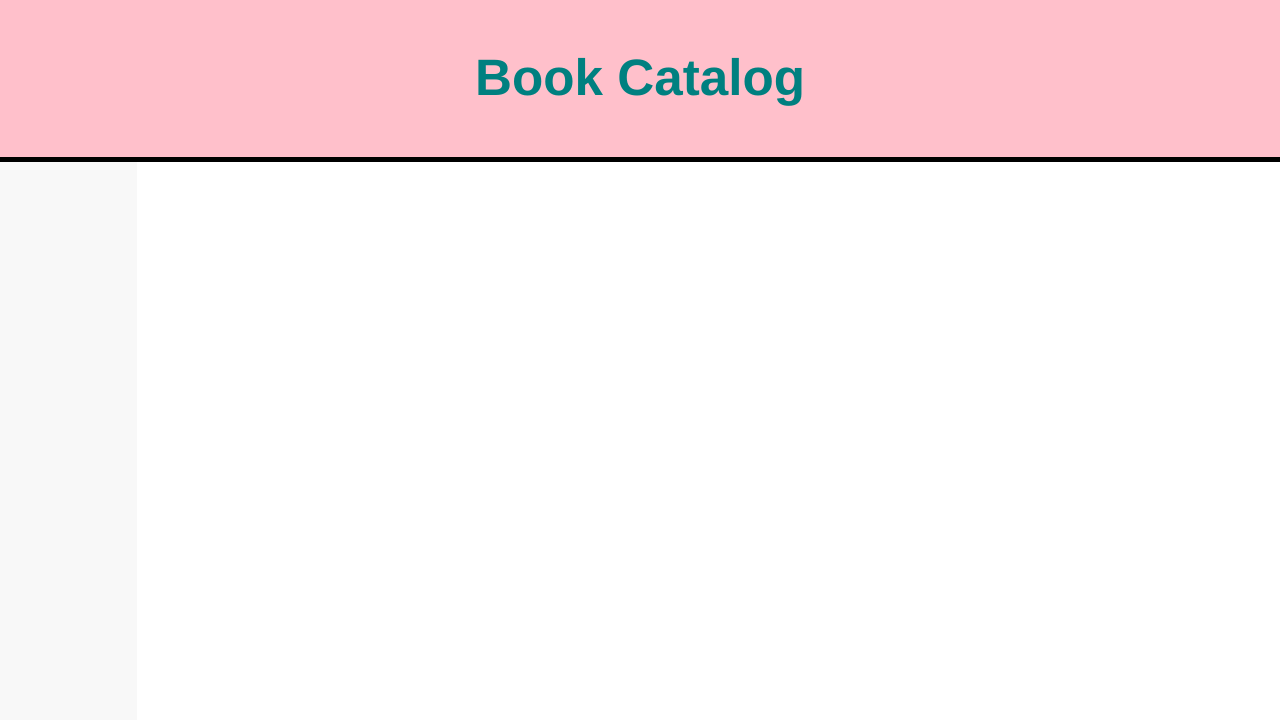
Repository: primcharlin/COMP3170_Lab_Assignment_Components
Page: /
The author's editor kept a copy of each file at every save. The page is drawn from the files as they stood at one save, then again after the next save.
The browser window is 1280 px wide. The pictures show the whole page.
The page's requests for data from a server got no answer. The project was rebuilt for these pictures with package versions that can differ from the ones it lists, and the page was loaded fresh each time. No one was signed in, and anything a server would have sent is missing. Also part of the build but not shown: vite.config.js.

Above is the page before, as saved 2025-09-12 03:00:58.

After the next save:
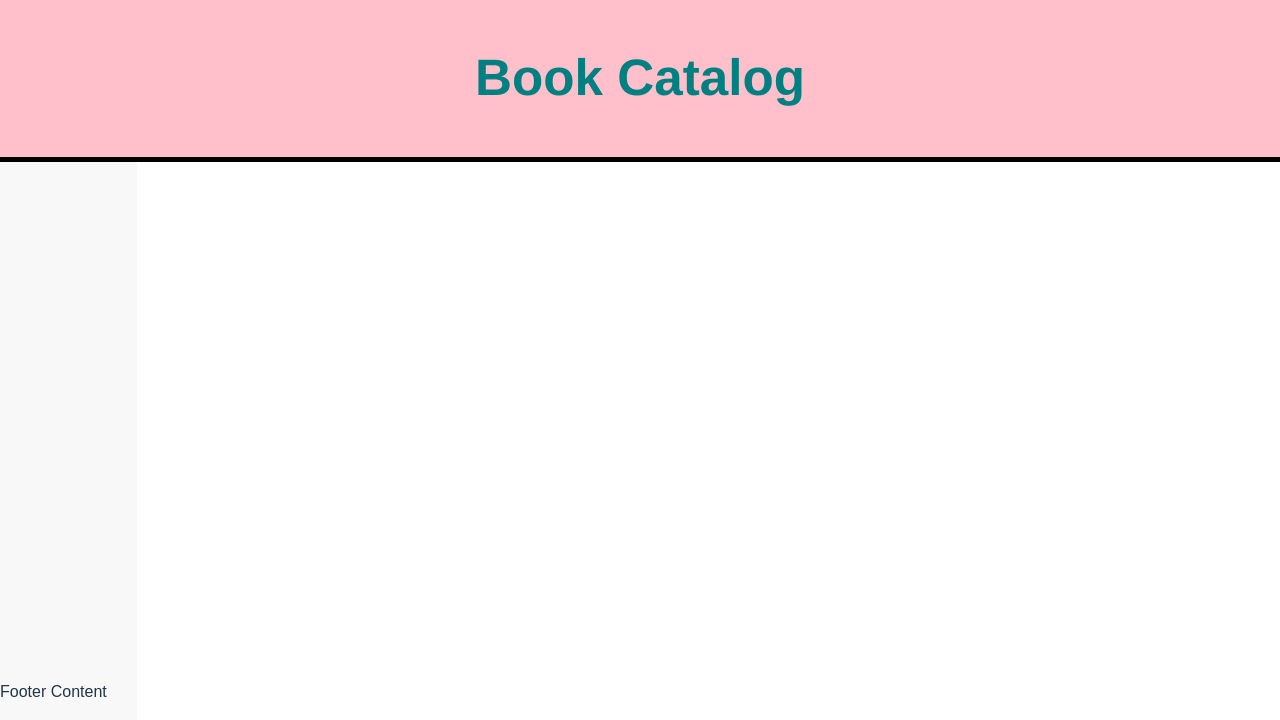
Saved 71 s later.
--- a/src/App.css
+++ b/src/App.css
@@ -70,6 +70,7 @@
 }
 
 .content {
+    flex: 1;
     display: flex;
     flex-wrap: wrap;
     gap: 20px;

After the save that followed:
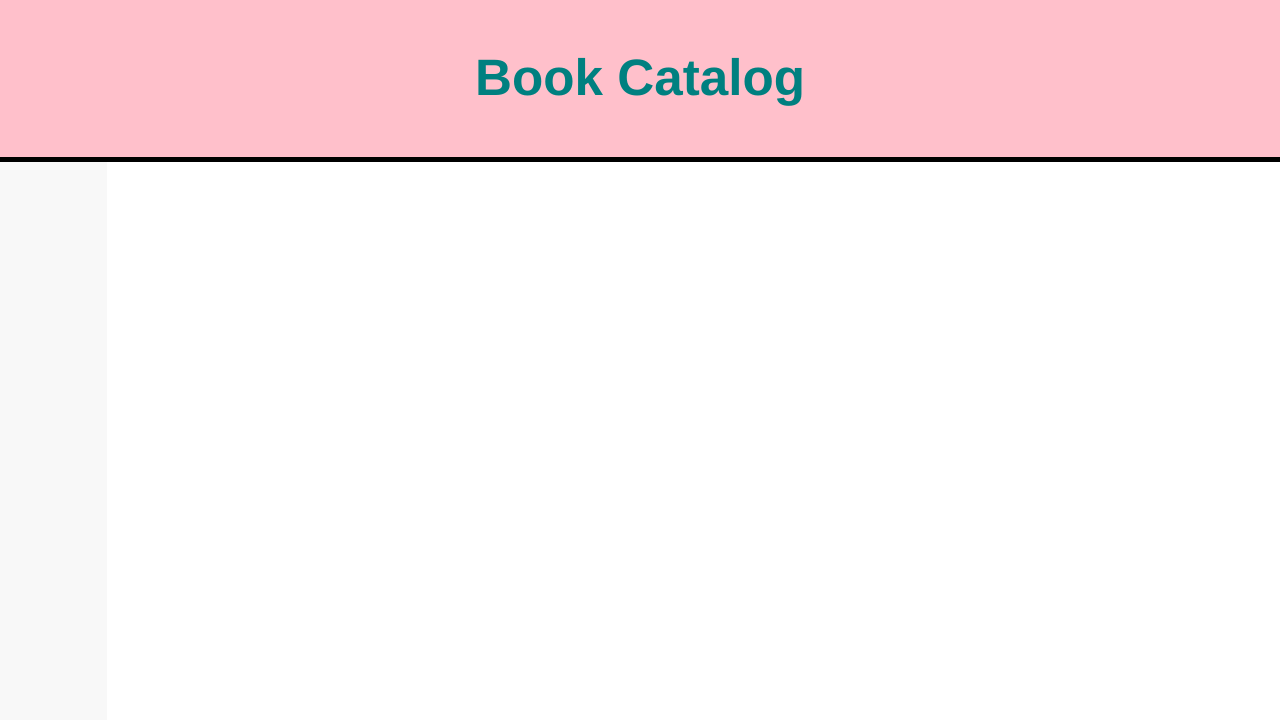
Saved 23 s later.
--- a/src/App.css
+++ b/src/App.css
@@ -70,11 +70,13 @@
 }
 
 .content {
-    flex: 1;
-    display: flex;
-    flex-wrap: wrap;
-    gap: 20px;
-    padding: 0 2em;
+   .content {
+  flex: 1;                   /* <— ดันให้กินที่ว่างที่เหลือ */
+  display: grid;
+  grid-template-columns: 1fr 1fr;   /* 2 คอลัมน์ */
+  gap: 2rem;
+  padding: 0 2em 2em;
+}
 
 .grid {
     display: grid;
